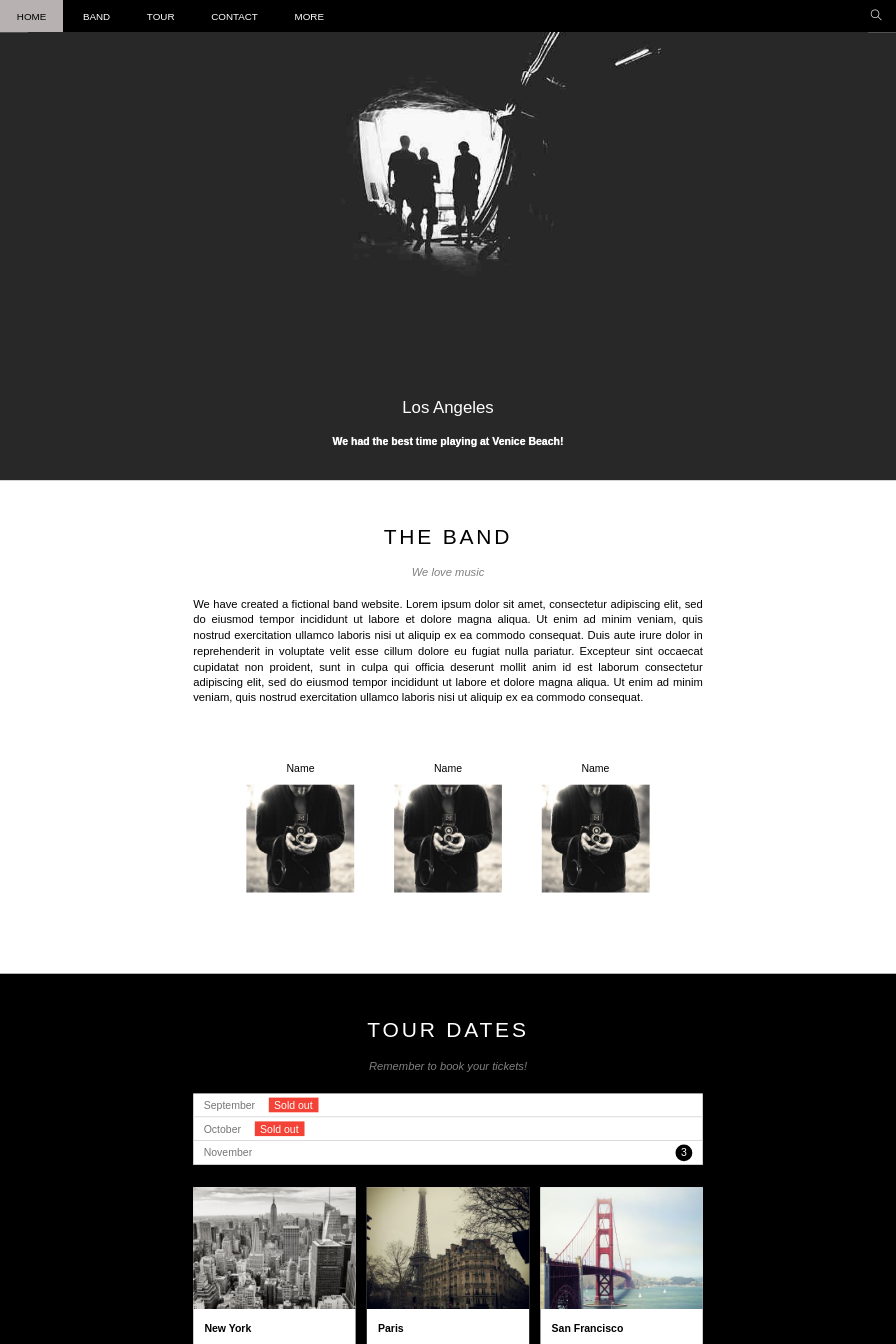
Repository: phamquy01/the-band
Page: index.html
An editor plug-in stored every save of this project. The page is shown before and after the next save, followed by the edit.
The browser window is 1280 px wide. The pictures show the part of the page from y = 0 to 1920 px (the page is 3504 px tall), at 70% of full size.

Above is the page before, as saved 2022-04-21 14:43:22.

After the next save:
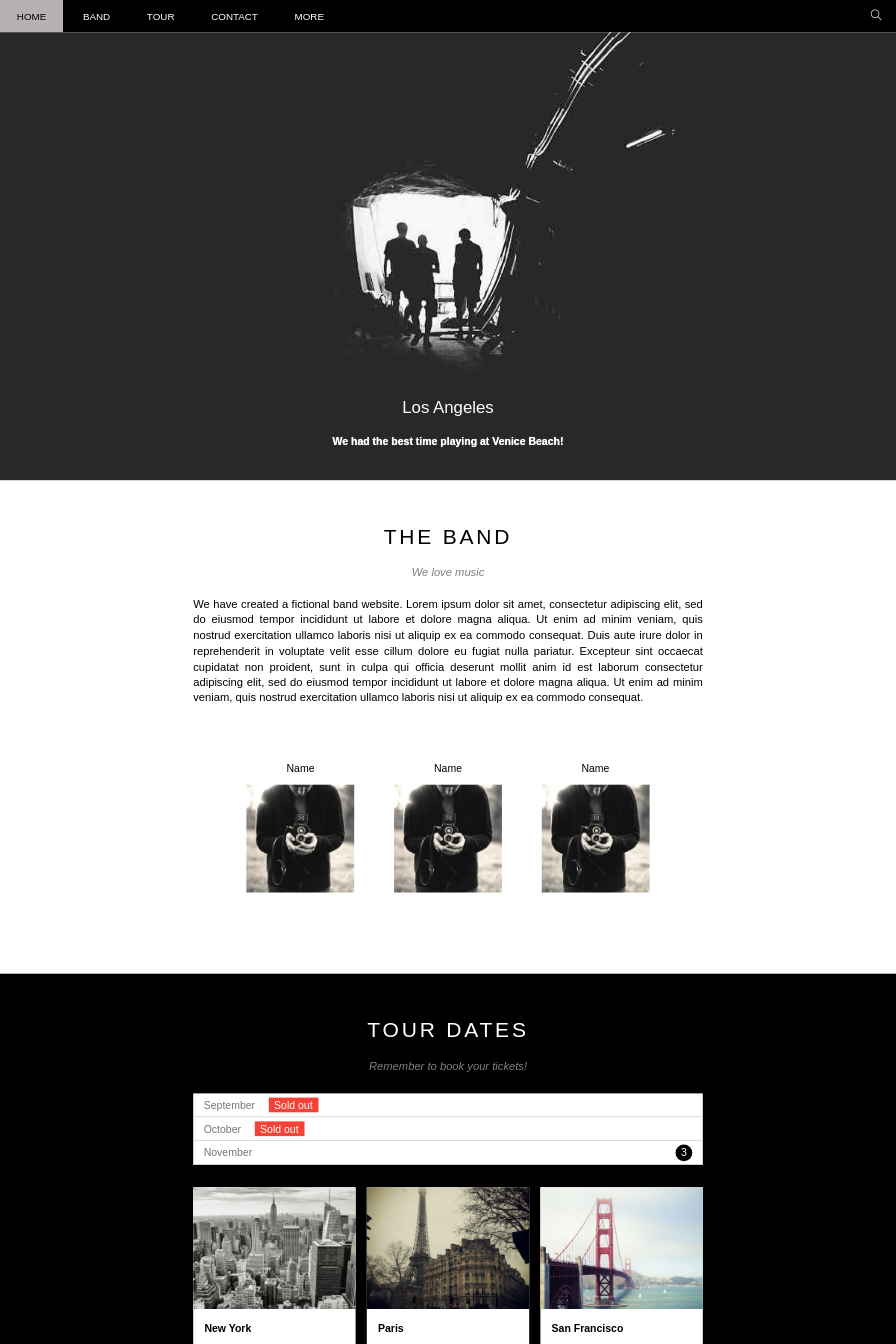
Saved 2 s later.
--- a/index.html
+++ b/index.html
@@ -43,7 +43,7 @@
       </div>
       <div id="slider">
         <div class="text-content">
-          <img src="./assets/img/slider1/la.jpg" alt="anh" />
+          <!-- <img src="./assets/img/slider1/la.jpg" alt="anh" /> -->
           <div class="text-heading">Los Angeles</div>
           <p class="text-description">
             We had the best time playing at Venice Beach!

After the save that followed:
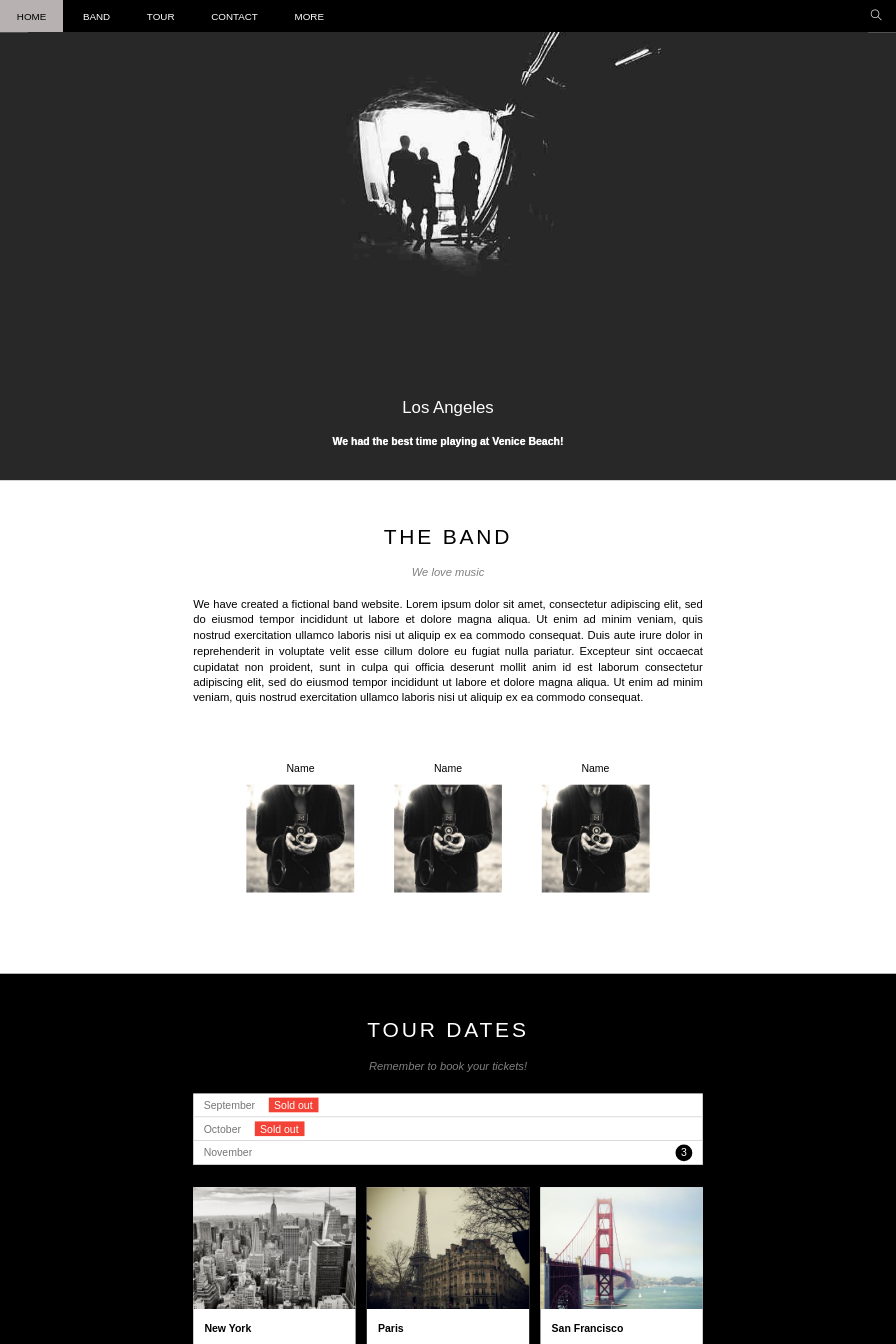
Saved 7 s later.
--- a/index.html
+++ b/index.html
@@ -43,7 +43,7 @@
       </div>
       <div id="slider">
         <div class="text-content">
-          <!-- <img src="./assets/img/slider1/la.jpg" alt="anh" /> -->
+          <img src="./assets/img/slider1/la.jpg" alt="anh" />
           <div class="text-heading">Los Angeles</div>
           <p class="text-description">
             We had the best time playing at Venice Beach!
